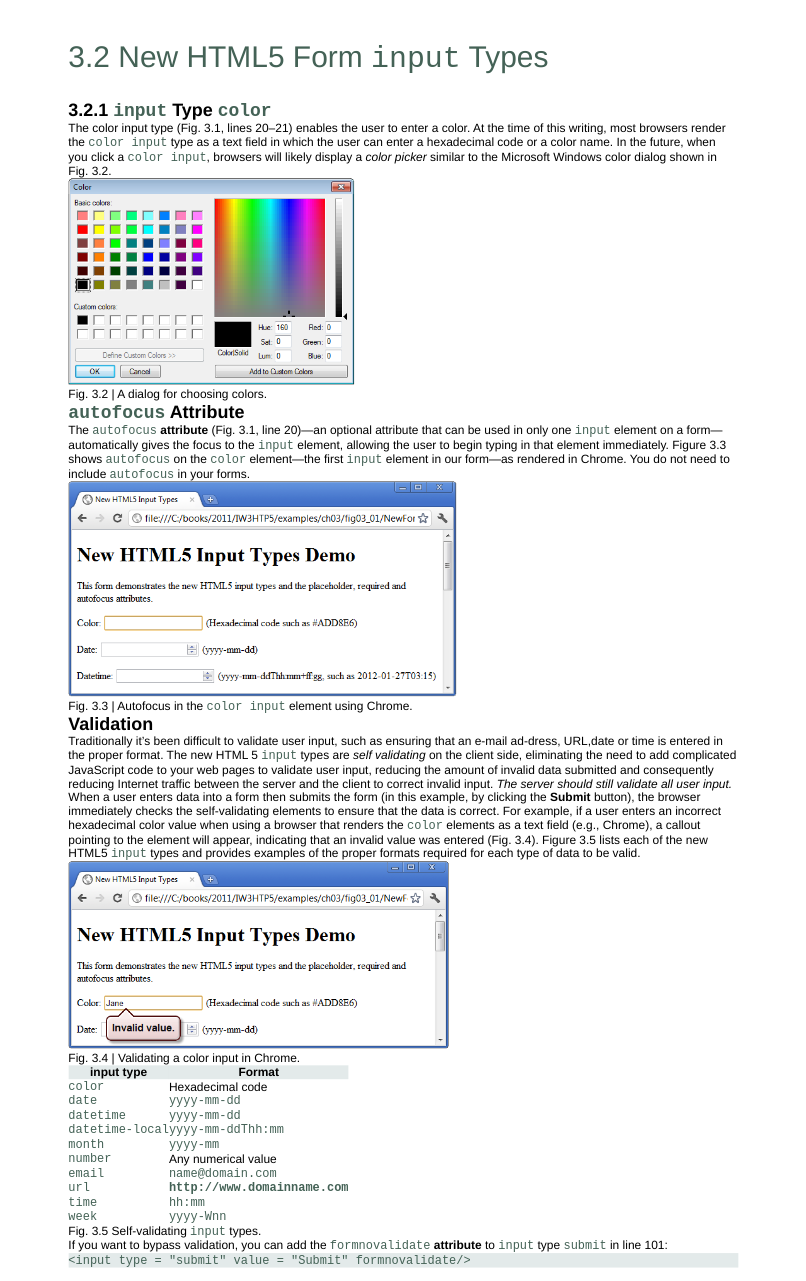
Repository: mlmEFSC21/P4-Textbook-Copy
Page: index.html
An editor plug-in stored every save of this project. The page is shown before and after the next save, followed by the edit.
The browser window is 1280 px wide. The pictures show the whole page, at 63% of full size.

Above is the page before, as saved 2022-02-03 16:21:56.

### index.html
<!DOCTYPE html>
<html lang="en">
    <head>
        <meta charset="UTF-8" />
        <meta http-equiv="X-UA-Compatible" content="IE=edge" />
        <meta name="viewport" content="width=device-width, initial-scale=1.0" />
        <link rel="stylesheet" href="bookStyles.css" />
        <title>Laying Out Book Pages</title>
    </head>
    <header>
        <h1>3.2 New HTML5 Form <code>input</code> Types</h1>
    </header>
    <body>
        <section class="color-input-type">
            <header>
                <h2>3.2.1 <code>input</code> Type <code>color</code></h2>
            </header>
            <p>
                The color input type (Fig. 3.1, lines 20–21) enables the user to enter a color. At
                the time of this writing, most browsers render the <code>color input</code> type as
                a text field in which the user can enter a hexadecimal code or a color name. In the
                future, when you click a <code>color input</code>, browsers will likely display a
                <em>color picker</em> similar to the Microsoft Windows color dialog shown in Fig.
                3.2.
            </p>
            <figure>
                <img src="images\OperaColorInput.png" alt="Microsoft Windows color dialog" />
                <figcaption>Fig. 3.2 | A dialog for choosing colors.</figcaption>
            </figure>
        </section>
        <section class="autofocus-attribute">
            <header>
                <h2><code>autofocus</code> Attribute</h2>
            </header>
            <p>
                The <code>autofocus</code> <strong>attribute</strong> (Fig. 3.1, line 20)—an
                optional attribute that can be used in only one <code>input</code> element on a
                form—automatically gives the focus to the <code>input</code> element, allowing the
                user to begin typing in that element immediately. Figure 3.3 shows
                <code>autofocus</code> on the <code>color</code> element—the first
                <code>input</code> element in our form—as rendered in Chrome. You do not need to
                include <code>autofocus</code> in your forms.
            </p>
            <figure>
                <img
                    src="images\Autofocus.png"
                    alt="web page demo of autofocus on a color input field"
                />
                <figcaption>
                    Fig. 3.3 | Autofocus in the <code>color input</code> element using Chrome.
                </figcaption>
            </figure>
        </section>
        <section class="input-validation">
            <header>
                <h2>Validation</h2>
            </header>
            <p>
                Traditionally it’s been difficult to validate user input, such as ensuring that an
                e-mail ad-dress, URL,date or time is entered in the proper format. The new HTML 5
                <code>input</code> types are <em>self validating</em> on the client side,
                eliminating the need to add complicated JavaScript code to your web pages to
                validate user input, reducing the amount of invalid data submitted and consequently
                reducing Internet traffic between the server and the client to correct invalid
                input. <em>The server should still validate all user input.</em>
            </p>
            <p>
                When a user enters data into a form then submits the form (in this example, by
                clicking the <strong>Submit</strong> button), the browser immediately checks the
                self-validating elements to ensure that the data is correct. For example, if a user
                enters an incorrect hexadecimal color value when using a browser that renders the
                <code>color</code> elements as a text field (e.g., Chrome), a callout pointing to
                the element will appear, indicating that an invalid value was entered (Fig. 3.4).
                Figure 3.5 lists each of the new HTML5 <code>input</code> types and provides
                examples of the proper formats required for each type of data to be valid.
            </p>
            <figure>
                <img
                    src="images\SelfValidationChrome.png"
                    alt="web page demo of validation preventing a non color input into a color input field"
                />
                <figcaption>Fig. 3.4 | Validating a color input in Chrome.</figcaption>
            </figure>
        </section>
        <section class="self-validating-types">
            <figure>
                <table class="validation-table">
                    <thead>
                        <th>input type</th>
                        <th>Format</th>
                    </thead>
                    <tr>
                        <td><code>color</code></td>
                        <td>Hexadecimal code</td>
                    </tr>
                    <tr>
                        <td><code>date</code></td>
                        <td><code>yyyy-mm-dd</code></td>
                    </tr>
                    <tr>
                        <td><code>datetime</code></td>
                        <td><code>yyyy-mm-dd</code></td>
                    </tr>
                    <tr>
                        <td><code>datetime-local</code></td>
                        <td><code>yyyy-mm-ddThh:mm</code></td>
                    </tr>
                    <tr>
                        <td><code>month</code></td>
                        <td><code>yyyy-mm</code></td>
                    </tr>
                    <tr>
                        <td><code>number</code></td>
                        <td>Any numerical value</td>
                    </tr>
                    <tr>
                        <td><code>email</code></td>
                        <td><code>name@domain.com</code></td>
                    </tr>
                    <tr>
                        <td><code>url</code></td>
                        <td>
                            <a href="http://www.domainname.com"
                                ><code>http://www.domainname.com</code></a
                            >
                        </td>
                    </tr>
                    <tr>
                        <td><code>time</code></td>
                        <td><code>hh:mm</code></td>
                    </tr>
                    <tr>
                        <td><code>week</code></td>
                        <td><code>yyyy-Wnn</code></td>
                    </tr>
                </table>
                <figcaption>Fig. 3.5 Self-validating <code>input</code> types.</figcaption>
            </figure>
            <aside>
                <p>
                    If you want to bypass validation, you can add the <code>formnovalidate</code>
                    <strong>attribute</strong> to <code>input</code> type <code>submit</code> in
                    line 101:
                </p>
                <div class="form-no-val">
                    <code>&lt;input type = "submit" value = "Submit" formnovalidate/&gt;</code>
                </div>
            </aside>
        </section>
    </body>
</html>

### bookStyles.css
:root {
    --clr-prime: #;
    --clr-background-accent: rgba(70, 114, 115, 0.15);
    --clr-font-links: #275b8a;
    --clr-font-prime: black;
    --clr-font-code: #446256;
    --clr-font-figcap: darkgrey;
    --clr-background: white;
}
*,
*::before,
*::after {
    margin: 0;
    padding: 0;
    box-sizing: border-box;
}
html {
    font-size: 19px;
    font-family: sans-serif;
}
body {
    font-family: "Helvetica Neue", Helvetica, Arial, "Lucida Grande", sans-serif;
    margin: 1.5rem;
    padding: 0 80px;
    padding: auto;
    background-color: var(--clr-background);
    color: var(--clr-font-prime);
}
h1,
code {
    color: var(--clr-font-code);
}
h1 {
    font-size: 2.5em;
    margin-top: 1.15em;
    margin-bottom: 0.6em;
    font-style: normal;
    font-weight: 300;
    line-height: 1.5;
}
table {
    border-collapse: collapse;
}
a {
    color: var(--clr-font-links);
    text-decoration: none;
    font-weight: 700;
    cursor: pointer;
}
th,
div {
    background-color: var(--clr-background-accent);
}

After the next save:
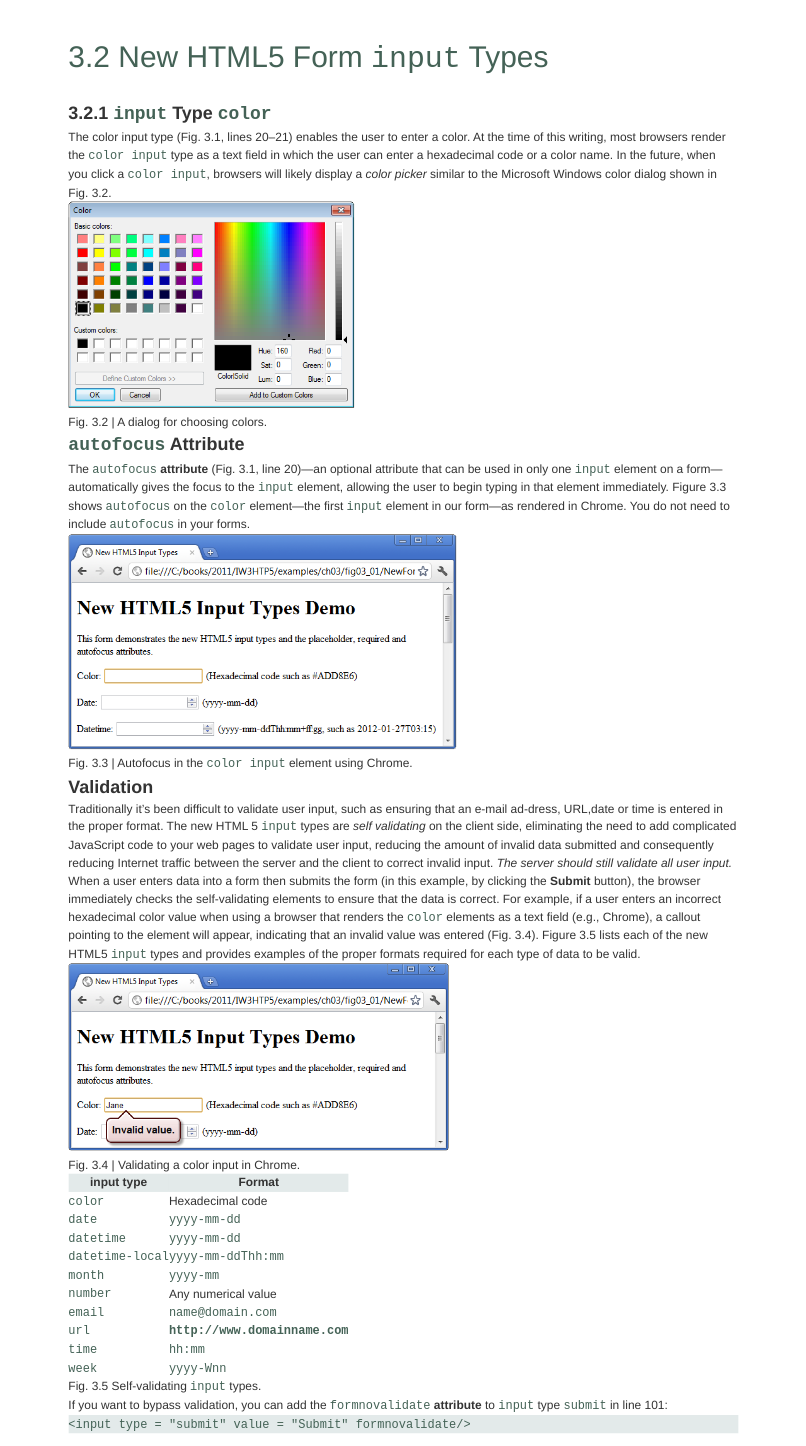
Saved 110 s later.
--- a/bookStyles.css
+++ b/bookStyles.css
@@ -2,7 +2,7 @@
     --clr-prime: #;
     --clr-background-accent: rgba(70, 114, 115, 0.15);
     --clr-font-links: #275b8a;
-    --clr-font-prime: black;
+    --clr-font-prime: #333;
     --clr-font-code: #446256;
     --clr-font-figcap: darkgrey;
     --clr-background: white;
@@ -23,6 +23,7 @@ body {
     margin: 1.5rem;
     padding: 0 80px;
     padding: auto;
+    line-height: 1.5;
     background-color: var(--clr-background);
     color: var(--clr-font-prime);
 }
